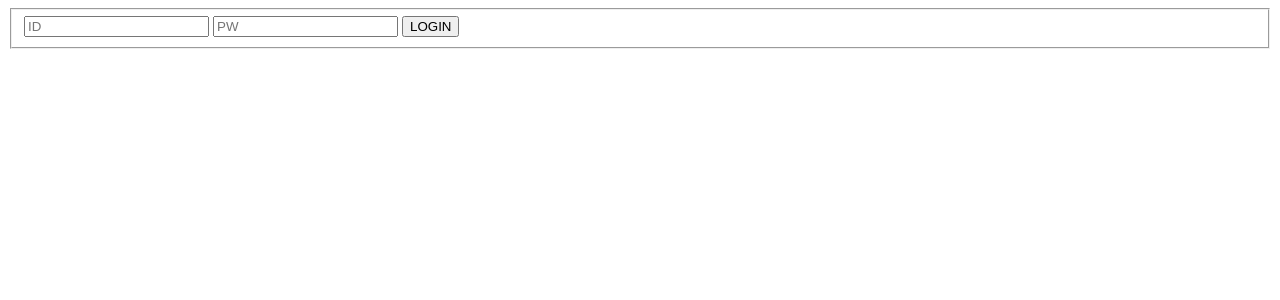
Repository: DanGitUser/javtmldb
Page: http://localhost/Test/
An editor plug-in stored every save of this project. The page is shown before and after the next save, followed by the edit.
The browser window is 1280 px wide. The pictures show the whole page.
The page is served by Tomcat 10.

Above is the page before, as saved 2025-05-16 06:19:36.

After the next save:
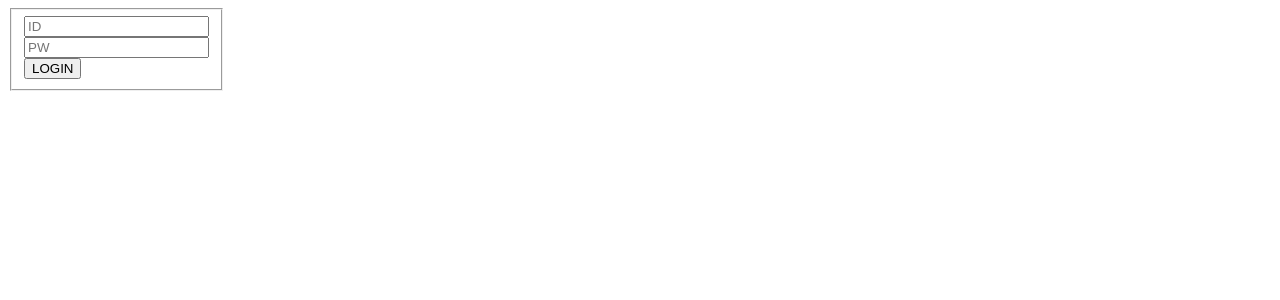
Saved 35 s later.
--- a/Test/src/main/webapp/index.jsp
+++ b/Test/src/main/webapp/index.jsp
@@ -5,6 +5,11 @@
 <head>
 <meta charset="UTF-8">
 <title>Insert title here</title>
+<style>
+fieldset {
+	width: 100px;
+}
+</style>
 </head>
 <body>
 	<form action="my">
